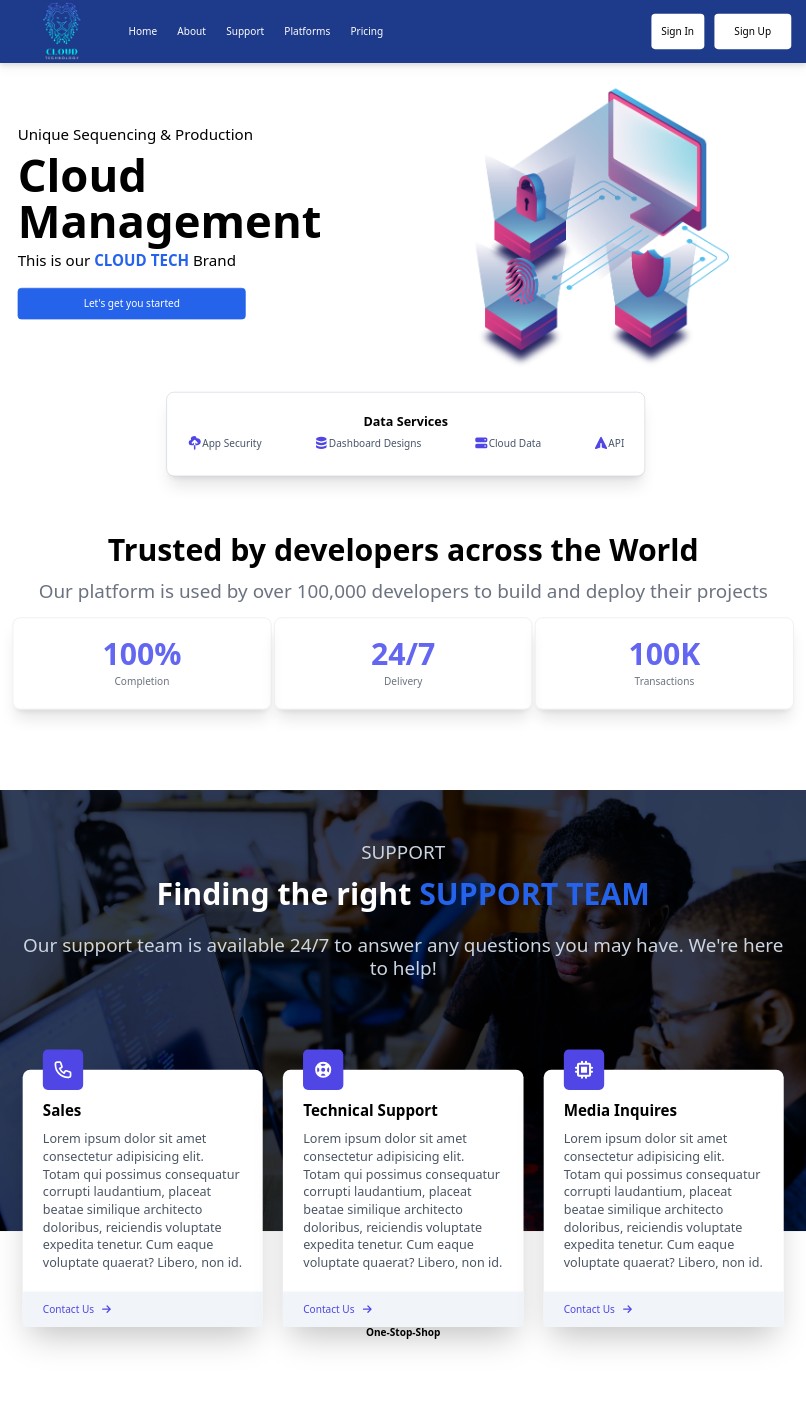
Repository: Esther-Kamau/cloud-management
Page: /
An editor plug-in stored every save of this project. The page is shown before and after the next save, followed by the edit.
The browser window is 1280 px wide. The pictures show the whole page, at 63% of full size.
The project was rebuilt for these pictures with package versions that can differ from the ones it lists, and the page was loaded fresh each time. A package was used in the major version that the imports need, not the one package.json lists.

Above is the page before, as saved 2023-03-16 20:29:15.

After the next save:
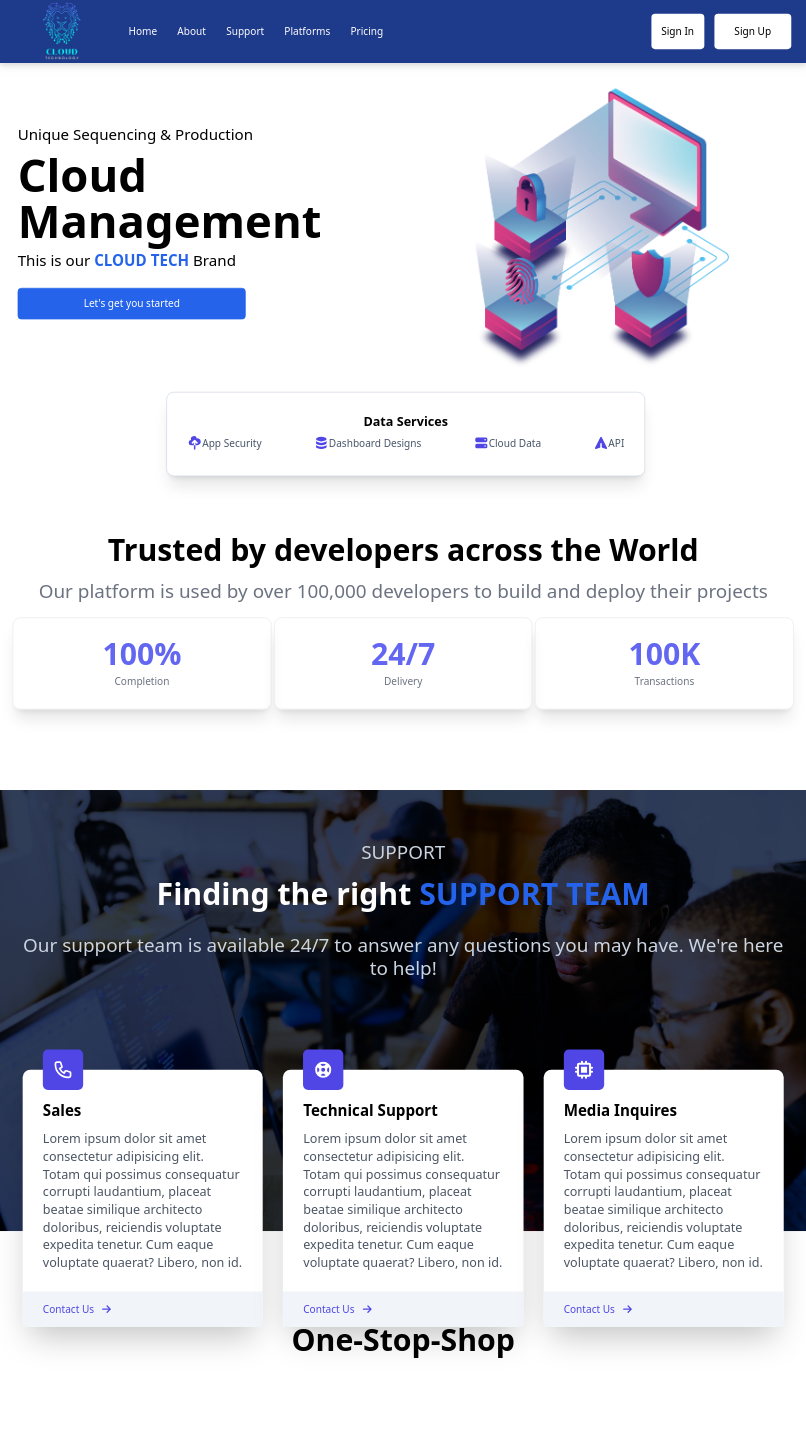
Saved 6 s later.
--- a/src/components/Features.jsx
+++ b/src/components/Features.jsx
@@ -5,7 +5,7 @@ const Features = () => {
   return (
     <div className='h-full my-32'>
         <div className='max-w-[1240px] mx-auto px-2'>
-            <h2 className='font-bold text-center '>One-Stop-Shop</h2>
+            <h2 className='font-bold text-center text-5xl'>One-Stop-Shop</h2>
 <div>
 
 </div>
